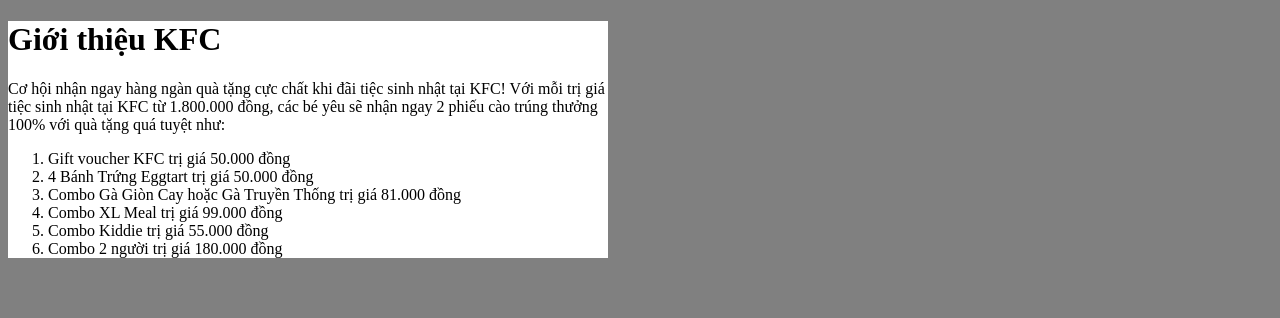
Repository: giahuy405/BC38__-BaiTapHTML_KFC__Pham_Gia_Huy
Page: introduce.html
The author's editor kept a copy of each file at every save. The page is drawn from the files as they stood at one save, then again after the next save.
The browser window is 1280 px wide. The pictures show the whole page.

Above is the page before, as saved 2022-09-07 00:36:23.

After the next save:
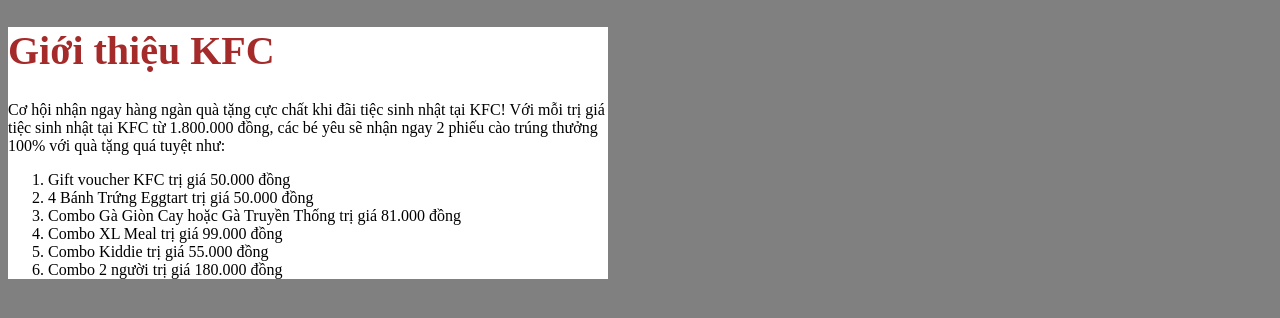
Saved 28 s later.
--- a/css/introduce.css
+++ b/css/introduce.css
@@ -5,3 +5,7 @@
 body{
     background-color: gray;
 }
+.container h1{
+    color: brown;
+    font-size: 40px;
+}
